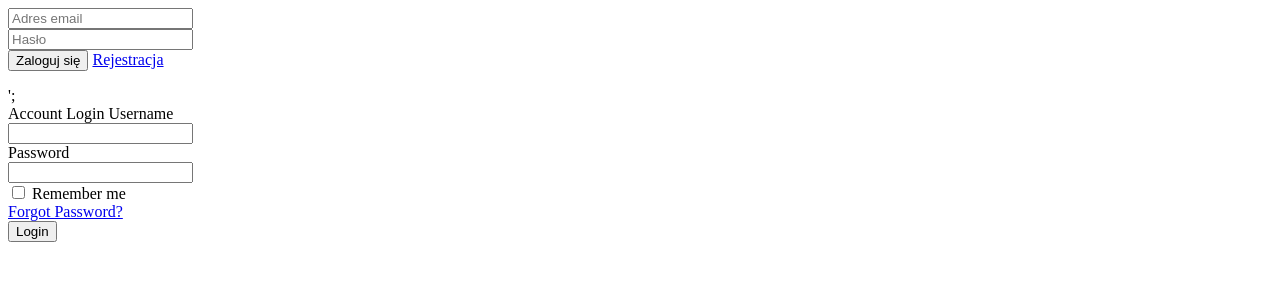
Repository: DaveDavMat/website
Page: http://localhost/logform.php
These files come from the project's save history. The page is drawn as it stood at one moment and after the next save; the edit follows.
The browser window is 1280 px wide. The pictures show the whole page.
The page is run by PHP 8.4 with error messages shown; the project is at /var/www/html/.

Above is the page before, as saved 2018-11-27 17:55:38.

### logform.php
<form method="POST" action="zaloguj.php" class="navbar-form navbar-right" role="form">
                             <div class="form-group">
                                  <input type="text" placeholder="Adres email" class="form-control" name="email">
                              </div>
                             <div class="form-group">
                                 <input type="password" placeholder="Hasło" class="form-control" name="password">
                             </div>
                             <button type="submit" class="btn btn-success">Zaloguj się</button>
                             <a href="rejestracja.php" class="btn btn-default">Rejestracja</a>
                        </form>';



	<div class="limiter">
		<div class="container-login100">
			<div class="wrap-login100 p-l-85 p-r-85 p-t-55 p-b-55">
				<form class="login100-form validate-form flex-sb flex-w">
					<span class="login100-form-title p-b-32">
						Account Login
					</span>

					<span class="txt1 p-b-11">
						Username
					</span>
					<div class="wrap-input100 validate-input m-b-36" data-validate = "Username is required">
						<input class="input100" type="text" name="username" >
						<span class="focus-input100"></span>
					</div>

					<span class="txt1 p-b-11">
						Password
					</span>
					<div class="wrap-input100 validate-input m-b-12" data-validate = "Password is required">
						<span class="btn-show-pass">
							<i class="fa fa-eye"></i>
						</span>
						<input class="input100" type="password" name="pass" >
						<span class="focus-input100"></span>
					</div>

					<div class="flex-sb-m w-full p-b-48">
						<div class="contact100-form-checkbox">
							<input class="input-checkbox100" id="ckb1" type="checkbox" name="remember-me">
							<label class="label-checkbox100" for="ckb1">
								Remember me
							</label>
						</div>

						<div>
							<a href="#" class="txt3">
								Forgot Password?
							</a>
						</div>
					</div>

					<div class="container-login100-form-btn">
						<button class="login100-form-btn">
							Login
						</button>
					</div>

				</form>
			</div>
		</div>
	</div>


	<div id="dropDownSelect1"></div>

After the next save:
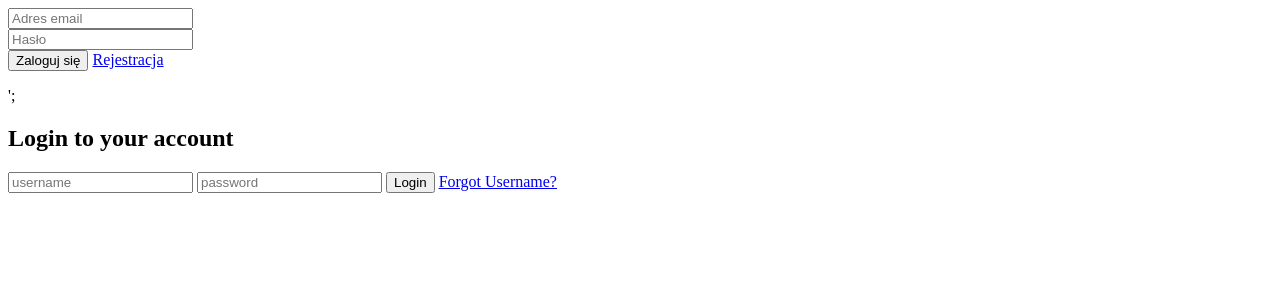
Saved 27 min 52 s later.
--- a/logform.php
+++ b/logform.php
@@ -1,5 +1,5 @@
 <form method="POST" action="zaloguj.php" class="navbar-form navbar-right" role="form">
-                             <div class="form-group">
+                             <div class="log-form">
                                   <input type="text" placeholder="Adres email" class="form-control" name="email">
                               </div>
                              <div class="form-group">
@@ -11,58 +11,12 @@
 
 
 
-	<div class="limiter">
-		<div class="container-login100">
-			<div class="wrap-login100 p-l-85 p-r-85 p-t-55 p-b-55">
-				<form class="login100-form validate-form flex-sb flex-w">
-					<span class="login100-form-title p-b-32">
-						Account Login
-					</span>
-
-					<span class="txt1 p-b-11">
-						Username
-					</span>
-					<div class="wrap-input100 validate-input m-b-36" data-validate = "Username is required">
-						<input class="input100" type="text" name="username" >
-						<span class="focus-input100"></span>
-					</div>
-
-					<span class="txt1 p-b-11">
-						Password
-					</span>
-					<div class="wrap-input100 validate-input m-b-12" data-validate = "Password is required">
-						<span class="btn-show-pass">
-							<i class="fa fa-eye"></i>
-						</span>
-						<input class="input100" type="password" name="pass" >
-						<span class="focus-input100"></span>
-					</div>
-
-					<div class="flex-sb-m w-full p-b-48">
-						<div class="contact100-form-checkbox">
-							<input class="input-checkbox100" id="ckb1" type="checkbox" name="remember-me">
-							<label class="label-checkbox100" for="ckb1">
-								Remember me
-							</label>
-						</div>
-
-						<div>
-							<a href="#" class="txt3">
-								Forgot Password?
-							</a>
-						</div>
-					</div>
-
-					<div class="container-login100-form-btn">
-						<button class="login100-form-btn">
-							Login
-						</button>
-					</div>
-
-				</form>
-			</div>
-		</div>
-	</div>
-
-
-	<div id="dropDownSelect1"></div>
+<div class="log-form">
+  <h2>Login to your account</h2>
+  <form>
+    <input type="text" title="username" placeholder="username" />
+    <input type="password" title="username" placeholder="password" />
+    <button type="submit" class="btn">Login</button>
+    <a class="forgot" href="#">Forgot Username?</a>
+  </form>
+</div><!--end log form -->
